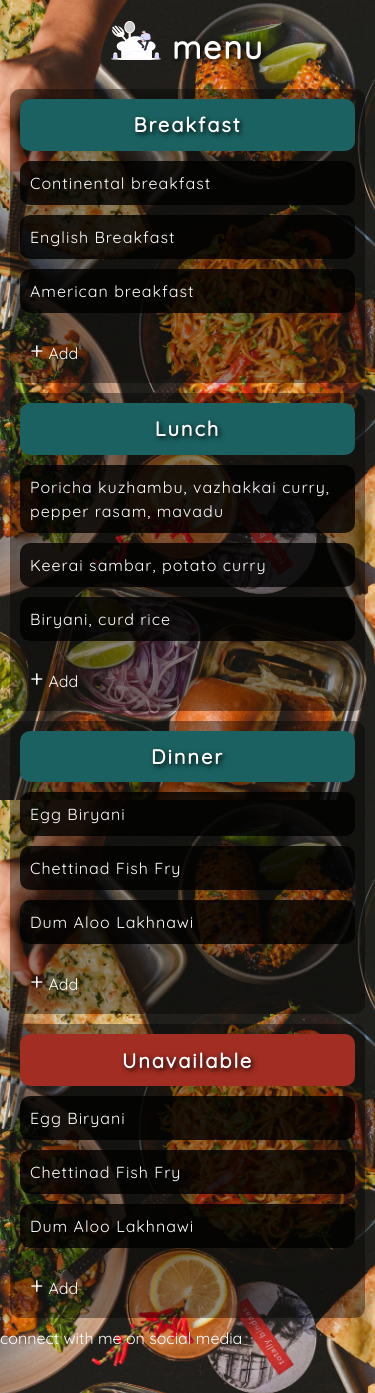
Repository: Anasooya2601/drag-and-drop
Page: index.html
These files come from the project's save history. The page is drawn as it stood at one moment and after the next save; the edit follows.
The browser window is 375 px wide. The pictures show the whole page.
Backgrounds fixed to the window are drawn as part of the page.

Above is the page before, as saved 2021-02-05 02:38:34.

### index.html
<!DOCTYPE html>
<html lang="en">
<head>
    <meta charset="UTF-8">
    <meta name="viewport" content="width=device-width, initial-scale=1.0">
    <title>MRC</title>
    <script src="script.js" type="text"></script>
    <link rel="icon" type="image/png" href="favicon.png">
    <link rel="stylesheet" href="style.css">
</head>
<body>

    <h1 class="main-title">
        <img src="mrc.svg" width="50" alt="">
    menu
</h1>
    <div class="drag-container">
        <ul class="drag-list">
<!-- breakfast column -->

<li class="drag-column progress-column">
    <span class="header">
        <h1>Breakfast</h1>
    </span>
    <!-- breakfast-content -->
    <div id="progress-content">
        <ul class="drag-item-list"id= "progress-list">
            <li class="drag-item"> Continental breakfast</li>
            <li class="drag-item">English Breakfast</li>
            <li class="drag-item">American breakfast</li>
        </ul>
    </div>
    <!-- add-button -->
    <div class="add-btn-group">
        <div class="add-btn">
    <span class="plus-sign">+</span>
    <span>Add</span>
</div>
<div class="add-btn solid">
    <span>save</span>
</div>
<div class="add-container">
    <div class="add-item"></div>

</div>

    </div>
</li>
<li class="drag-column progress-column">
    <span class="header">
        <h1>Lunch</h1>
    </span>
    <!-- breakfast-content -->
    <div id="progress-content">
        <ul class="drag-item-list"id= "progress-list">
            <li class="drag-item"> Poricha kuzhambu, vazhakkai curry, pepper rasam, mavadu</li>
            <li class="drag-item">Keerai sambar, potato curry</li>
            <li class="drag-item">Biryani, curd rice</li>
        </ul>
    </div>
    <!-- add-button -->
    <div class="add-btn-group">
        <div class="add-btn">
    <span class="plus-sign">+</span>
    <span>Add</span>
</div>
<div class="add-btn solid">
    <span>save</span>
</div>
<div class="add-container">
    <div class="add-item"></div>

</div>

    </div>
</li>
<li class="drag-column progress-column">
    <span class="header">
        <h1>Dinner</h1>
    </span>
    <!-- breakfast-content -->
    <div id="progress-content">
        <ul class="drag-item-list"id= "progress-list">
            <li class="drag-item"> Egg Biryani</li>
            <li class="drag-item"> Chettinad Fish Fry</li>
            <li class="drag-item">Dum Aloo Lakhnawi</li>
        </ul>
    </div>
    <!-- add-button -->
    <div class="add-btn-group">
        <div class="add-btn">
    <span class="plus-sign">+</span>
    <span>Add</span>
</div>
<div class="add-btn solid">
    <span>save</span>
</div>
<div class="add-container">
    <div class="add-item"></div>

</div>

    </div>
</li>
<li class="drag-column on-hold-column">
    <span class="header">
        <h1>Unavailable</h1>
    </span>
    <!-- breakfast-content -->
    <div id="on-hold-content">
        <ul class="drag-item-list"id= "on-hold-list">
            <li class="drag-item"> Egg Biryani</li>
            <li class="drag-item"> Chettinad Fish Fry</li>
            <li class="drag-item">Dum Aloo Lakhnawi</li>
        </ul>
    </div>
    <!-- add-button -->
    <div class="add-btn-group">
        <div class="add-btn">
    <span class="plus-sign">+</span>
    <span>Add</span>
</div>
<div class="add-btn solid">
    <span>save</span>
</div>
<div class="add-container">
    <div class="add-item"></div>

</div>

    </div>
</li>
        </ul>
    </div>

    <!-- <script src="script.js"></script> -->
    <footer class="footer ">
        <div class="footer-header">connect with me on social media</div>
        <ul class="social-links">
            <li class="list-item-inline">


            <a class="link" href="https://twitter.com"><i style="padding-left:25px;font-size:36px;"class="fab fa-twitter"></i></a>
           <a class="link" href= "https://instagram.com"><i style="padding-left:25px;font-size:36px;" class="fab fa-instagram"></i></a>
        </li>
        </ul>

        </footer>
</body>

</html>

### style.css
/* Trees Image - Pexels: https://www.pexels.com/photo/photo-of-trees-in-forest-3801030/ */
@import url("https://fonts.googleapis.com/css?family=Quicksand&display=swap");

html {
  box-sizing: border-box;
}

:root {
  --column-1: #a2622d;
  --column-2: #1b6161;
  --column-3: #248224;
  --column-4: #a22d22;
}

body {
  margin: 0;
  background: url("./mrc.jpg");
  background-size: cover;
  background-position: 50% 60%;
  background-attachment: fixed;
  color: white;
  font-family: Quicksand, sans-serif;
  overflow-y: hidden;
}

h1 {
  letter-spacing: 2px;
  text-shadow: 2px 2px 5px black;
}

.main-title {
  text-align: center;
  font-size: 3rem;
}

ul {
  list-style-type: none;
  margin: 0;
  padding: 0;
}

.drag-container {
  margin: 20px;
}

.drag-list {
  display: flex;
  align-items: flex-start;
}

/* Columns */
.drag-column {
flex: 1;
  margin: 0 10px;
  position: relative;
  background-color: rgba(0, 0, 0, 0.4);
  border-radius: 10px;
  overflow-x: hidden;
}

.backlog-column .header,
.backlog-column .solid,
.backlog-column .solid:hover,
.backlog-column .over {
  background-color: var(--column-1);
}

.progress-column .header,
.progress-column .solid,
.progress-column .solid:hover,
.progress-column .over {
  background-color: var(--column-2);
}

.complete-column .header,
.complete-column .solid,
.complete-column .solid:hover,
.complete-column .over {
  background-color: var(--column-3);
}

.on-hold-column .header,
.on-hold-column .solid,
.on-hold-column .solid:hover,
.on-hold-column .over {
  background-color: var(--column-4);
}

/* Custom Scrollbar */
.custom-scroll {
  overflow-y: auto;
  max-height: 75vh;
}

.custom-scroll::-webkit-scrollbar-track {
  box-shadow: inset 0 0 6px rgba(0, 0, 0, 0.4);
  border-radius: 10px;
  background-color: rgba(255, 255, 255, 0.3);
  margin-right: 5px;
}

.custom-scroll::-webkit-scrollbar {
  width: 10px;
}

.custom-scroll::-webkit-scrollbar-thumb {
  border-radius: 10px;
  box-shadow: inset 0 0 6px rgba(0, 0, 0, 0.3);
  background-color: rgba(0, 0, 0, 0.8);
}

.header {
  display: flex;
  justify-content: center;
  border-radius: 10px;
  margin: 10px;
}

.header h1 {
  font-size: 1.25rem;
}

/* Drag and Drop */
.over {
  padding: 50px 10px;
}

.drag-item-list {
  min-height: 50px;
}

.drag-item {
  margin: 10px;
  padding: 10px;
  height: fit-content;
  background-color: rgba(0, 0, 0, 0.8);
  border-radius: 10px;
  line-height: 1.5rem;
  letter-spacing: 1px;
  cursor: pointer;
}

.drag-item:focus {
  outline: none;
  background-color: white;
  color: black;
}

/* Add Button Group */
.add-btn-group {
  display: flex;
  justify-content: space-between;
}

.add-btn {
  margin: 10px;
  padding: 5px 10px;
  display: flex;
  align-items: center;
  cursor: pointer;
  width: fit-content;
  border-radius: 5px;
  transition: all 0.3s ease-in;
  user-select: none;
}

.add-btn:hover {
  background-color: rgba(255, 255, 255, 0.9);
  color: black;
}

.add-btn:active {
  transform: scale(0.97);
}

.solid {
  display: none;
}

.solid:hover {
  transition: unset;
  filter: brightness(95%);
  color: white;
}

.plus-sign {
  font-size: 1.5rem;
  margin-right: 5px;
  position: relative;
  top: -3px;
}

.add-container {
  margin: 10px;
  padding: 5px 10px;
  border-radius: 10px;
  background-color: rgba(255, 255, 255, 0.9);
  min-height: 100px;
  display: none;
}

.add-item {
  width: 100%;
  min-height: 100px;
  height: auto;
  background-color: white;
  border-radius: 10px;
  margin: 5px auto;
  resize: none;
  color: black;
  padding: 10px;
}

.add-item:focus {
  outline: none;
}

/* Media Query: Laptop */
@media screen and (max-width: 1800px) {
  .main-title {
    font-size: 2rem;
  }
}

/* Media Query: Large Smartphone (Vertical) */
@media screen and (max-width: 600px) {
  body {
    overflow-y: auto;
  }

  .drag-container {
    margin: 0;
  }

  .drag-list {
    display: block;
  }

  .drag-column {
    margin: 10px;
  }
}

After the next save:
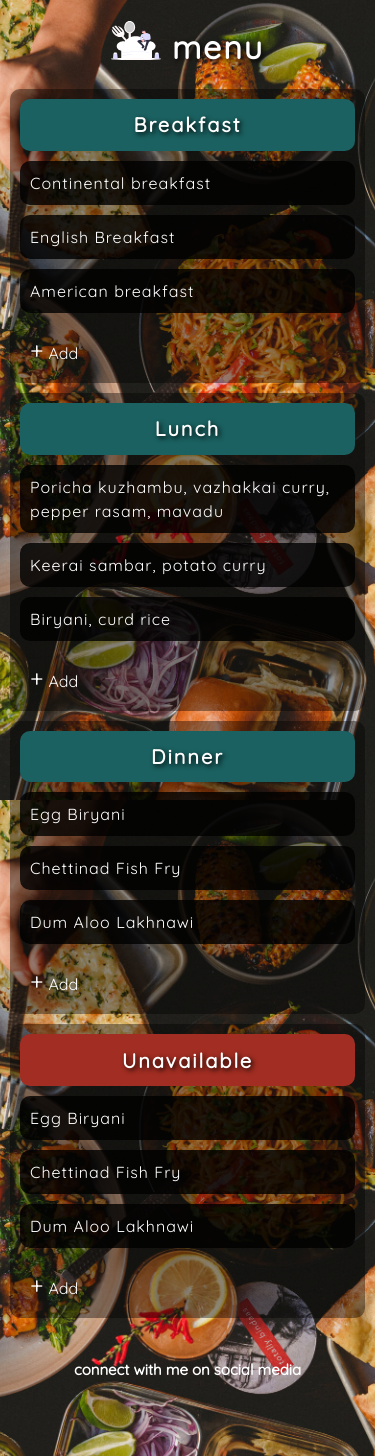
Saved 38 s later.
--- a/style.css
+++ b/style.css
@@ -239,4 +239,30 @@ flex: 1;
   .drag-column {
     margin: 10px;
   }
-}
+  /** footers **/
+
+.footer {
+  background-color: var(--primary-color);
+  padding: 2rem 1rem;
+  text-align: center;
+  color: white;
+  border-top-right-radius: 1rem;
+}
+
+.footer .link {
+  color: white;
+}
+
+.footer .footer-header {
+  font-weight: bold;
+  font-size: 15px;
+}
+
+.footer ul {
+  padding-inline-start: 0px;
+  grid-column: 3;
+  display: flex;
+  justify-content: center;
+  align-items: center;
+}
+}
